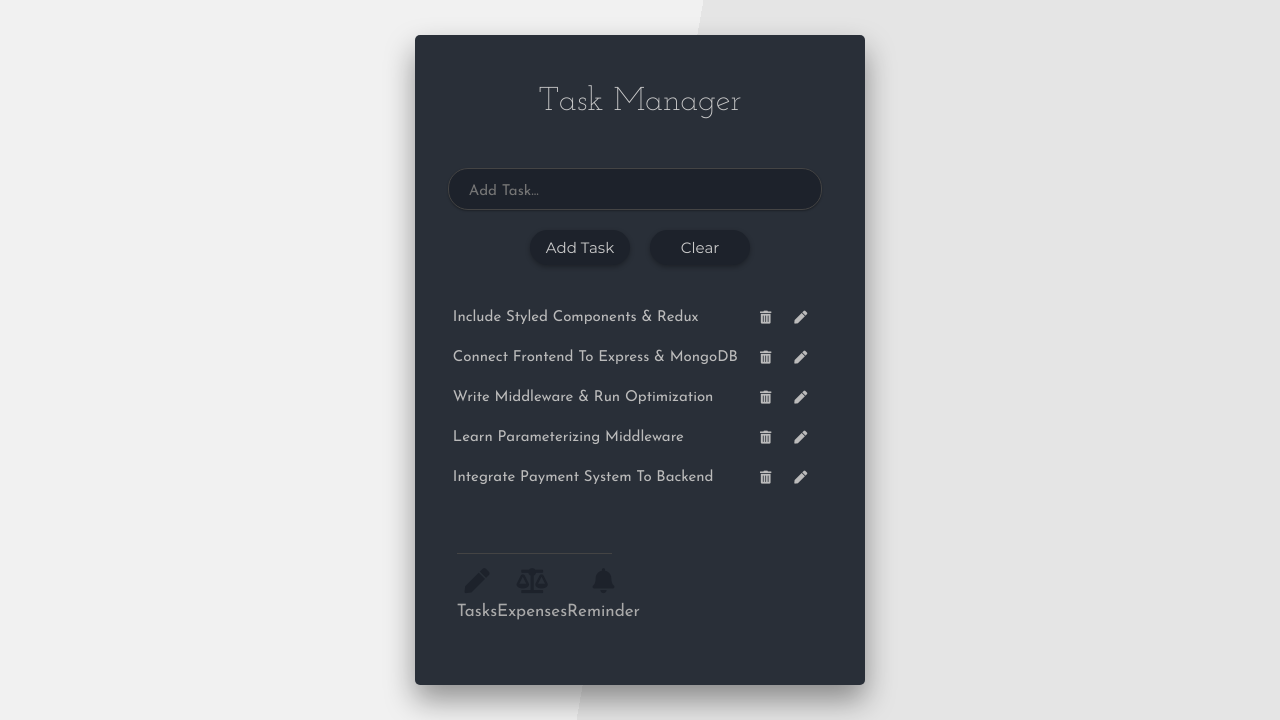
Repository: Kol124/react-task-manager
Page: /
The author's editor kept a copy of each file at every save. The page is drawn from the files as they stood at one save, then again after the next save.
The browser window is 1280 px wide. The pictures show the whole page.
The project was rebuilt for these pictures with package versions that can differ from the ones it lists, and the page was loaded fresh each time. Also part of the build but not shown: src/components/Expenses/Expenses.js, src/components/Reminder/Reminder.js.

Above is the page before, as saved 2021-06-23 19:58:34.

After the next save:
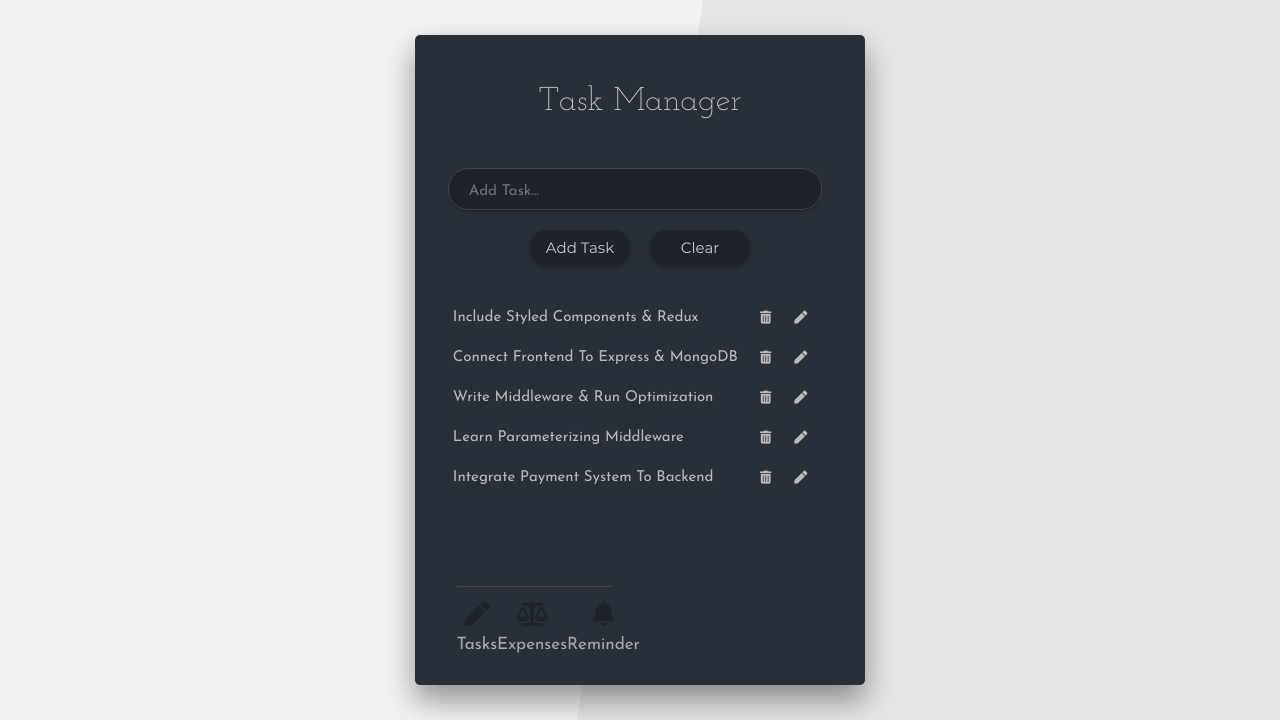
Saved 27 s later.
--- a/src/App.css
+++ b/src/App.css
@@ -179,7 +179,7 @@ html {
 
 footer {
   position: absolute;
-  bottom: 10%;
+  bottom: 5%;
 }
 
 footer .nav {
